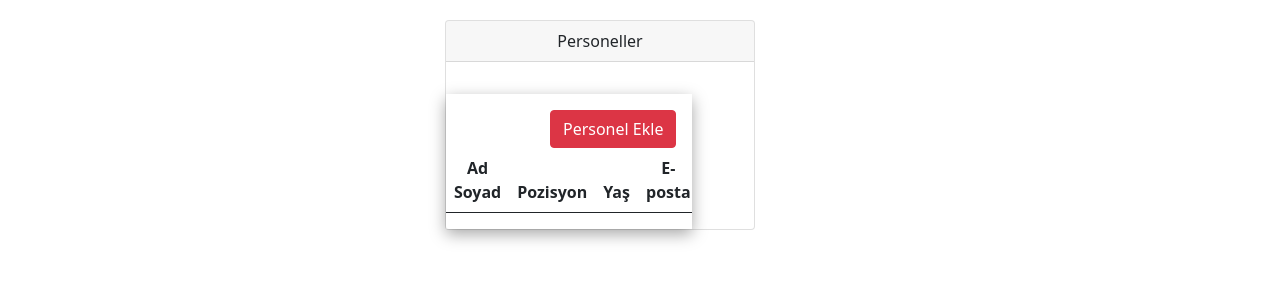
Repository: okankrdg/ReactCoreCRUD
Page: /employee/index (app in ReactCoreCRUD.Web/client/)
The author's editor kept a copy of each file at every save. The page is drawn from the files as they stood at one save, then again after the next save.
The browser window is 1280 px wide. The pictures show the whole page.
The page's requests for data from a server got no answer. The project was rebuilt for these pictures with package versions that can differ from the ones it lists, and the page was loaded fresh each time. No one was signed in, and anything a server would have sent is missing. Also part of the build but not shown: ReactCoreCRUD.Web/client/src/pages/Employee/createOrEdit.tsx, ReactCoreCRUD.Web/client/src/pages/Exception/index.tsx.

Above is the page before, as saved 2021-10-10 22:24:17.

After the next save:
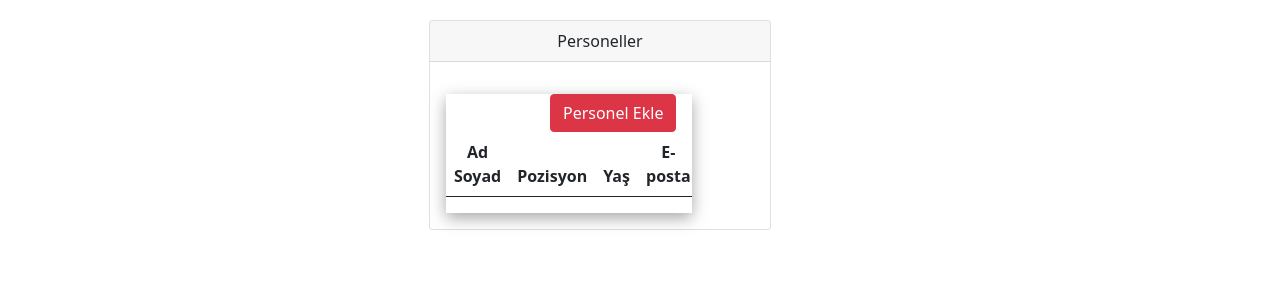
Saved 10 s later.
--- a/ReactCoreCRUD.Web/client/src/pages/Employee/index.tsx
+++ b/ReactCoreCRUD.Web/client/src/pages/Employee/index.tsx
@@ -31,53 +31,54 @@ function Index() {
   return (
     <div className="card">
       <div className="card-header">Personeller</div>
-      <div className="card-body"></div>
-      <div className="employee-index">
-        <div className="d-flex justify-content-end me-3 mt-3">
-          <Button
-            variant="danger"
-            onClick={() => history.push("/employee/create")}
-          >
-            Personel Ekle
-          </Button>
+      <div className="card-body">
+        <div className="employee-index">
+          <div className="d-flex justify-content-end me-3 mt-3">
+            <Button
+              variant="danger"
+              onClick={() => history.push("/employee/create")}
+            >
+              Personel Ekle
+            </Button>
+          </div>
+          <Table striped hover responsive>
+            <thead>
+              <tr>
+                <th>Ad Soyad</th>
+                <th className="d-none d-sm-table-cell">Pozisyon</th>
+                <th className="d-none d-sm-table-cell">Yaş</th>
+                <th className="d-none d-md-table-cell">E-posta</th>
+                <th></th>
+              </tr>
+            </thead>
+            <tbody>
+              {employees.map((pt, index) => {
+                return (
+                  <tr key={index}>
+                    <td>{pt.firstName + pt.lastName}</td>
+                    <td className="d-none d-sm-table-cell">
+                      {pt.employeeTypeName}
+                    </td>
+                    <td className="d-none d-sm-table-cell">{pt.age}</td>
+                    <td className="d-none d-md-table-cell">{pt.email}</td>
+                    <td>
+                      <Button
+                        variant="primary"
+                        className="mx-1"
+                        onClick={() => history.push("/employee/edit/" + pt.id)}
+                      >
+                        Güncelle
+                      </Button>
+                      <Button variant="danger" onClick={() => deleteRow(pt.id)}>
+                        Sil
+                      </Button>
+                    </td>
+                  </tr>
+                );
+              })}
+            </tbody>
+          </Table>
         </div>
-        <Table striped hover responsive>
-          <thead>
-            <tr>
-              <th>Ad Soyad</th>
-              <th className="d-none d-sm-table-cell">Pozisyon</th>
-              <th className="d-none d-sm-table-cell">Yaş</th>
-              <th className="d-none d-md-table-cell">E-posta</th>
-              <th></th>
-            </tr>
-          </thead>
-          <tbody>
-            {employees.map((pt, index) => {
-              return (
-                <tr key={index}>
-                  <td>{pt.firstName + pt.lastName}</td>
-                  <td className="d-none d-sm-table-cell">
-                    {pt.employeeTypeName}
-                  </td>
-                  <td className="d-none d-sm-table-cell">{pt.age}</td>
-                  <td className="d-none d-md-table-cell">{pt.email}</td>
-                  <td>
-                    <Button
-                      variant="primary"
-                      className="mx-1"
-                      onClick={() => history.push("/employee/edit/" + pt.id)}
-                    >
-                      Güncelle
-                    </Button>
-                    <Button variant="danger" onClick={() => deleteRow(pt.id)}>
-                      Sil
-                    </Button>
-                  </td>
-                </tr>
-              );
-            })}
-          </tbody>
-        </Table>
       </div>
     </div>
   );
